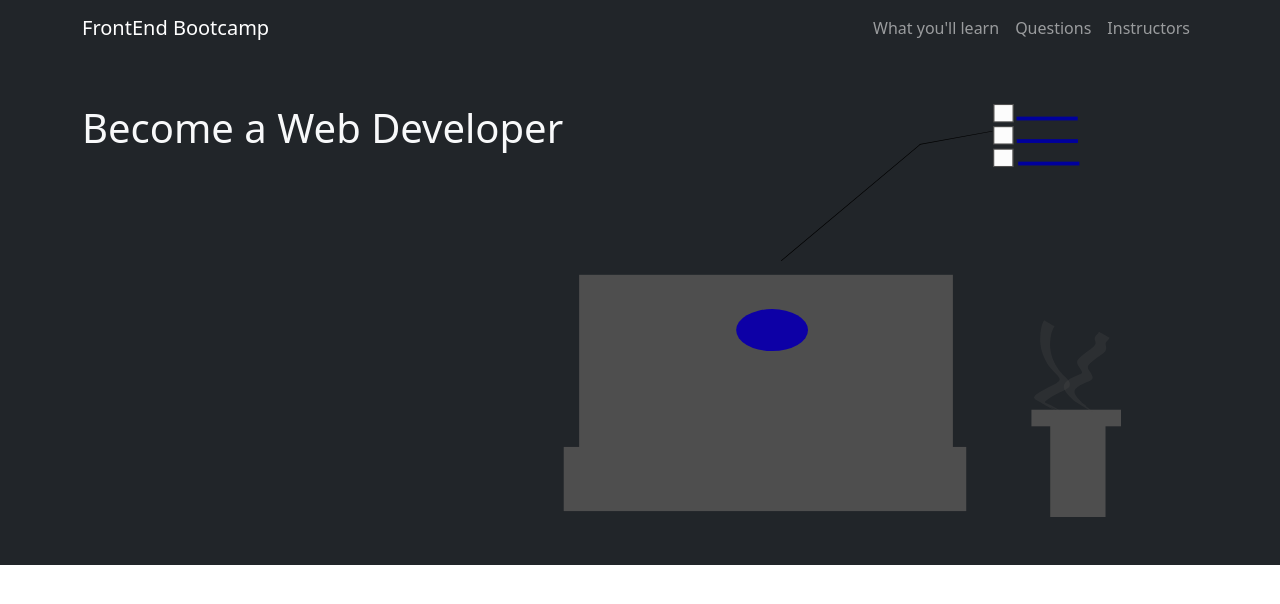
Repository: HaziimYassien/Front-End-BootCamp-__BootStrap-Project
Page: Front End BootCamp2/index.html
These files come from the project's save history. The page is drawn as it stood at one moment and after a run of saves; the edit follows.
The browser window is 1280 px wide. The pictures show the whole page.

Above is the page before, as saved 2024-01-12 02:15:14.

### Front End BootCamp2/index.html
<!DOCTYPE html>
<html lang="en">
  <head>
    <meta charset="utf-8" />
    <meta name="viewport" content="width=device-width, initial-scale=1" />
    <title>Frontend Bootcamp</title>
    <link
      href="https://cdn.jsdelivr.net/npm/bootstrap@5.3.2/dist/css/bootstrap.min.css"
      rel="stylesheet"
      integrity="sha384-T3c6CoIi6uLrA9TneNEoa7RxnatzjcDSCmG1MXxSR1GAsXEV/Dwwykc2MPK8M2HN"
      crossorigin="anonymous"
    />
    <link rel="stylesheet" href="style.css" />
  </head>
  <body>
    <!-- START _NavigationBar -->
    <nav class="navbar navbar-expand-lg bg-dark navbar-dark">
      <div class="container">
        <a href="#" class="navbar-brand">FrontEnd Bootcamp</a>
        <button
          class="navbar-toggler"
          type="button"
          data-bs-toggle="collapse"
          data-bs-target="#navmenu"
        >
          <span class="navbar-toggler-icon"></span>
        </button>
        <div class="collapse navbar-collapse" id="navmenu">
          <ul class="navbar-nav ms-auto">
            <li class="nav-item">
              <a href="#learn" class="nav-link">What you'll learn</a>
            </li>
            <li class="nav-item">
              <a href="#questions" class="nav-link">Questions</a>
            </li>
            <li class="nav-item">
              <a href="#instructors" class="nav-link">Instructors</a>
            </li>
          </ul>
        </div>
      </div>
    </nav>
    <!-- END _NavigationBar -->

    <!-- START _ShowCase -->
    <section class="bg-dark text-light p-5 text-center">
      <div class="container">
        <div class="d-sm-flex">
          <div>
            <h1>Become a <span class="text-warning"></span> Web Developer</h1>
          </div>
          <img
            class="img-fluid w-50 h-50"
            src="img/FirstImage_BootCampProject.svg"
            alt=""
          />
        </div>
      </div>
    </section>
    <script
      src="https://cdn.jsdelivr.net/npm/bootstrap@5.3.2/dist/js/bootstrap.bundle.min.js"
      integrity="sha384-C6RzsynM9kWDrMNeT87bh95OGNyZPhcTNXj1NW7RuBCsyN/o0jlpcV8Qyq46cDfL"
      crossorigin="anonymous"
    ></script>
  </body>
</html>

Loaded but not shown: Front End BootCamp2/style.css (no copy from this time; the picture is the same without it)

After the next 2 saves:
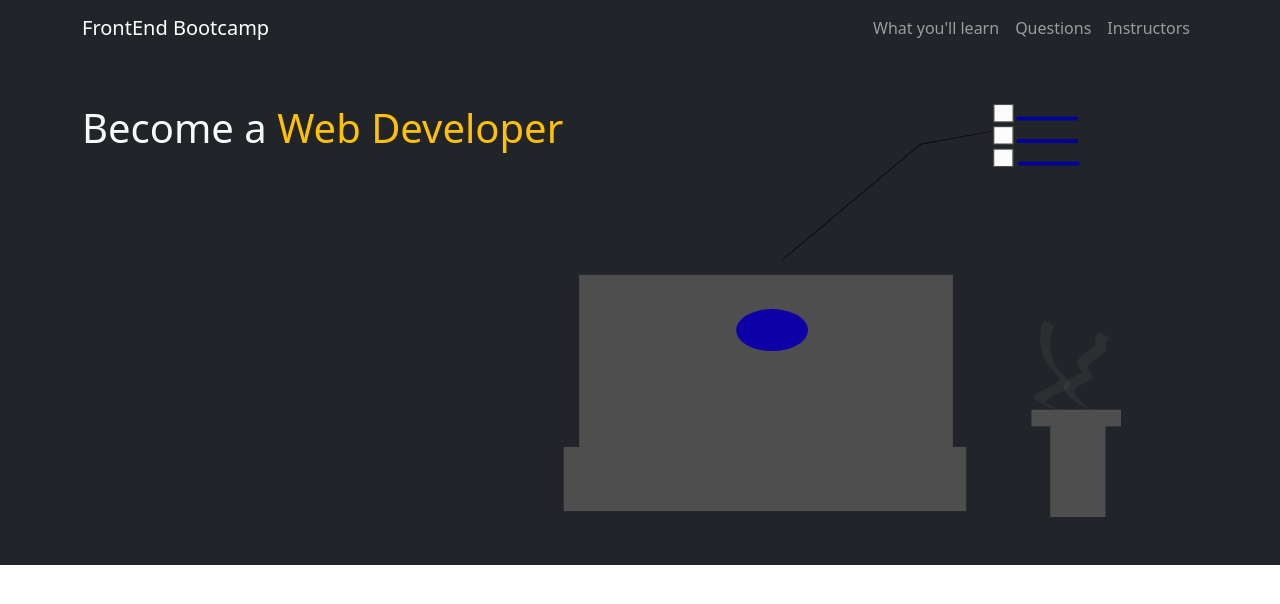
The 2 saves are shown as one change because they came seconds apart.
The last was saved 10 s later.
--- a/Front End BootCamp2/index.html
+++ b/Front End BootCamp2/index.html
@@ -47,7 +47,7 @@
       <div class="container">
         <div class="d-sm-flex">
           <div>
-            <h1>Become a <span class="text-warning"></span> Web Developer</h1>
+            <h1>Become a <span class="text-warning"> Web Developer</span></h1>
           </div>
           <img
             class="img-fluid w-50 h-50"
